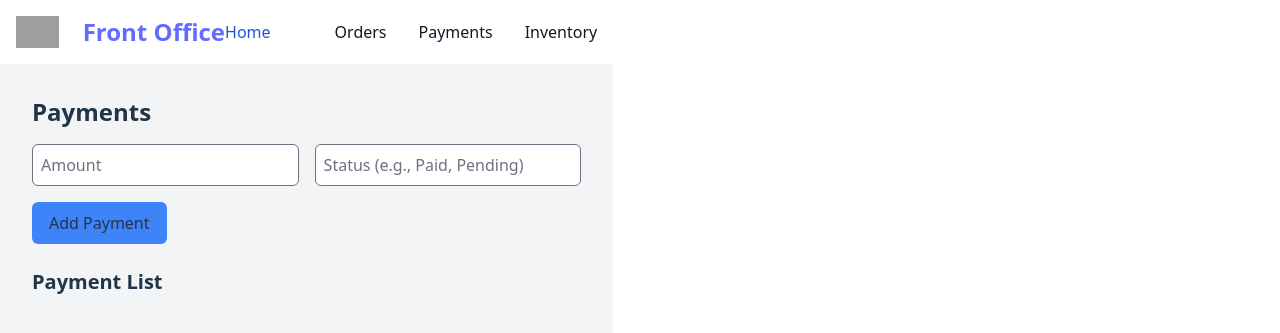
Repository: ib-entreprise/projet-micro-service
Page: /payments (app in front-office/)
These files come from the project's save history. The page is drawn as it stood at one moment and after the next save; the edit follows.
The browser window is 1280 px wide. The pictures show the whole page.
Pictures or frames that could not be fetched are drawn as grey boxes. The page's requests for data from a server got no answer. Some web libraries are served in a nearby version. The project was rebuilt for these pictures with package versions that can differ from the ones it lists, and the page was loaded fresh each time. No one was signed in, and anything a server would have sent is missing. Also part of the build but not shown: front-office/vite.config.ts, front-office/src/components/Orders.tsx.

Above is the page before, as saved 2025-03-19 13:56:14.

After the next save:
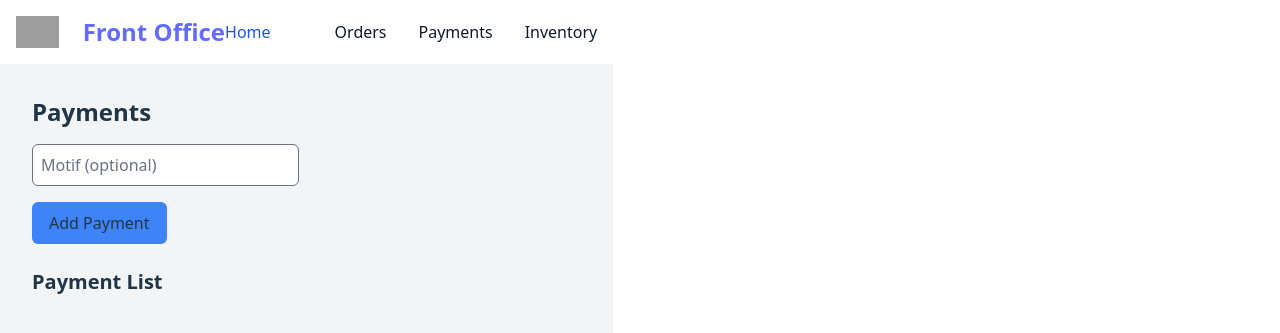
Saved 5 min 17 s later.
--- a/front-office/src/components/Payments.tsx
+++ b/front-office/src/components/Payments.tsx
@@ -2,7 +2,7 @@ import React, { useState, useEffect } from 'react';
 
 const Payments = () => {
   const [payments, setPayments] = useState([]);
-  const [newPayment, setNewPayment] = useState({ amount: '', status: '' });
+  const [newPayment, setNewPayment] = useState({ motif: '' });
 
   // Récupérer les paiements via le gateway
   useEffect(() => {
@@ -35,7 +35,7 @@ const Payments = () => {
 
       const data = await response.json();
       setPayments([...payments, data]);
-      setNewPayment({ amount: '', status: '' });
+      setNewPayment({ motif: '' }); // Réinitialiser le formulaire
     } catch (error) {
       console.error('Error adding payment:', error);
     }
@@ -61,22 +61,11 @@ const Payments = () => {
       <form onSubmit={handleAddPayment} className="mb-6">
         <div className="grid grid-cols-1 md:grid-cols-2 gap-4">
           <input
-            type="number"
-            placeholder="Amount"
-            value={newPayment.amount}
-            onChange={(e) =>
-              setNewPayment({ ...newPayment, amount: parseFloat(e.target.value) || 0 })
-            }
+            type="text"
+            placeholder="Motif (optional)"
+            value={newPayment.motif}
+            onChange={(e) => setNewPayment({ ...newPayment, motif: e.target.value })}
             className="p-2 border rounded-md w-full"
-            required
-          />
-          <input
-            type="text"
-            placeholder="Status (e.g., Paid, Pending)"
-            value={newPayment.status}
-            onChange={(e) => setNewPayment({ ...newPayment, status: e.target.value })}
-            className="p-2 border rounded-md w-full"
-            required
           />
         </div>
         <button
@@ -97,7 +86,7 @@ const Payments = () => {
               className="p-3 bg-gray-100 rounded-md flex justify-between items-center"
             >
               <div>
-                <strong>${payment.amount}</strong> - {payment.status}
+                <strong>ID:</strong> {payment.id} - <strong>Motif:</strong> {payment.motif || 'No motif'}
               </div>
               <button
                 onClick={() => handleDeletePayment(payment.id)}
